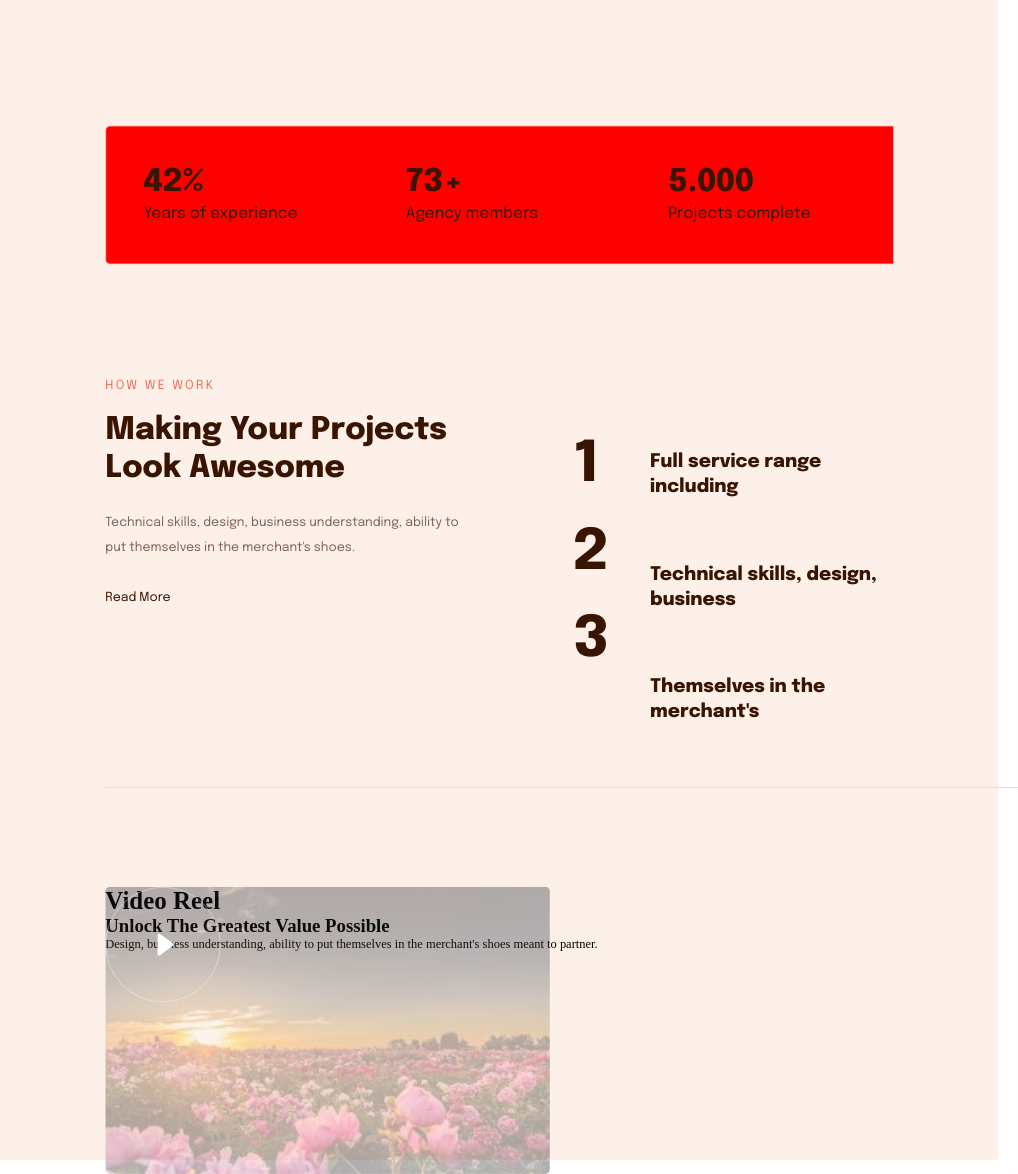
Repository: AytacJafarova/task2
Page: index.html
An editor plug-in stored every save of this project. The page is shown before and after the next save, followed by the edit.
The browser window is 1280 px wide. The page is 1305 px wide, so the pictures cover 1305 px, including what lies to the right of the window. The pictures show the whole page, at 78% of full size.

Above is the page before, as saved 2023-08-01 14:05:57.

### index.html
<!DOCTYPE html>
<html lang="en">

<head>
    <meta charset="UTF-8">
    <meta name="viewport" content="width=device-width, initial-scale=1.0">
    <title>Document</title>
    <link rel="stylesheet" href="./index.css">
</head>

<body>
    <div class="container">
        <div class="projects">
            <ul>
                <li>
                    <h1>42%</h1>
                    <p>Years of experience</p>
                </li>
                <li>
                    <h1>73+</h1>
                    <p>Agency members</p>
                </li>
                <li>
                    <h1>5.000</h1>
                    <p>Projects complete</p>
                </li>
            </ul>
        </div>
        <div class="work">
            <div class="box1">
                <h1>How we work</h1>
                <h2>Making Your Projects <br> Look Awesome</h2>
                <p class="put">Technical skills, design, business understanding, ability to put themselves in the
                    merchant's shoes.</p>
                <p>Read More</p>
            </div>
            <div class="box2">
                <ul>
                    <li>1</li>
                    <li>2</li>
                    <li>3</li>
                </ul>
                <div class="texts">
                    <h1>Full service range including</h1>
                    <h1>Technical skills, design, business</h1>
                    <h1>Themselves in the merchant's</h1>
                </div>
            </div>
        </div>
        <div class="border"></div>
        <div class="video">
            <div class="video-img">
                <img class="first" src="./images/images.jpg" alt="">
                <img src="./images/play.svg" alt="">
            </div>
            <div class="texts">
                <h1>Video Reel</h1>
                <h2>Unlock The Greatest Value Possible</h2>
                <p>Design, business understanding, ability to put themselves in the merchant's shoes meant to partner.
                </p>
            </div>
        </div>
    </div>
</body>

</html>

### index.css
@import url('https://fonts.googleapis.com/css2?family=Epilogue:wght@400;800&display=swap');
* {
    padding: 0;
    margin: 0;
    box-sizing: border-box;
}
.container {
    padding: 161px 134px 268px 135px;
    background: #FDF0E9;
}
.projects ul {
    display: flex;
    border-radius: 6px 0px 0px 6px;
    border: 1px solid #F3D1BF;
    background-color: red;
}
.projects ul li {
    display: flex;
    flex-direction: column;
    justify-content: center;
    list-style-type: none;
/* border: 1px solid #F3D1BF; */
width: 33.33%;
/* background-color: red; */
height: 176px;
padding-left: 48px;
}
.projects ul li h1 {
    color: var(--text-dark, #391400);
font-feature-settings: 'clig' off, 'liga' off;
font-family: Epilogue;
font-size: 40px;
font-style: normal;
font-weight: 800;
line-height: 48px;
}
.projects ul li p {
    color: var(--text-dark, #391400);
font-feature-settings: 'clig' off, 'liga' off;
font-family: Epilogue;
font-size: 20px;
font-style: normal;
font-weight: 400;
line-height: 32px;
}
.work {
    display:flex ;
    margin-top: 140px;
}
.box1 h1 {
    color: var(--text-dark-accent, #EF6D58);
font-feature-settings: 'clig' off, 'liga' off;
font-family: Epilogue;
font-size: 16px;
font-style: normal;
font-weight: 400;
line-height: 32px;
letter-spacing: 3px;
text-transform: uppercase;
margin-bottom: 17px;
}
.box1 h2 {
    color: var(--text-dark, #391400);
font-feature-settings: 'clig' off, 'liga' off;
font-family: Epilogue;
font-size: 40px;
font-style: normal;
font-weight: 800;
line-height: 48px;
margin-bottom: 30px;
}
.box1 .put {
    width: 470px;
height: 68px;
flex-shrink: 0;
    color: var(--text-dark-gray, rgba(57, 20, 0, 0.64));
font-feature-settings: 'clig' off, 'liga' off;
font-family: Epilogue;
font-size: 16px;
font-style: normal;
font-weight: 400;
line-height: 32px;
margin-bottom: 28px;
}
.box1 p {
    color: var(--text-dark, #391400);
font-feature-settings: 'clig' off, 'liga' off;
font-family: Epilogue;
font-size: 16px;
font-style: normal;
font-weight: 400;
line-height: 32px;
}
.box2 {
    display: flex;
    margin-left: 130px;
    margin-top: 78px;
}
.box2 ul li {
    list-style-type: none;
    color: #391400;
font-feature-settings: 'clig' off, 'liga' off;
font-family: Epilogue;
font-size: 72px;
font-style: normal;
font-weight: 800;
line-height: 80px;
letter-spacing: -2px;
margin-bottom: 32px;
}
.box2 .texts h1 {
    color: var(--text-dark, #391400);
font-feature-settings: 'clig' off, 'liga' off;
font-family: Epilogue;
font-size: 24px;
font-style: normal;
font-weight: 700;
line-height: 32px;
margin-bottom: 80px;
margin-top: 20px;
margin-left: 54px;
}
.border {
    width: 1170px;
height: 1px;
flex-shrink: 0;
background: #F3D1BF;
}
.video {
    display: flex;
    margin-top:127px;
}
.video .video-img .first  {
    width: 570px;
    height: 368px;
    flex-shrink: 0;
    border-radius: 6px;
opacity: 0.318057119846344;
background: #5C2000;
}
.video .video-img  img {
    width: 148px;
height: 148px;
flex-shrink: 0;
color: FFFFF;
margin-bottom: 0;
position: absolute;
}
.video-img {
    position: relative;
}

After the next save:
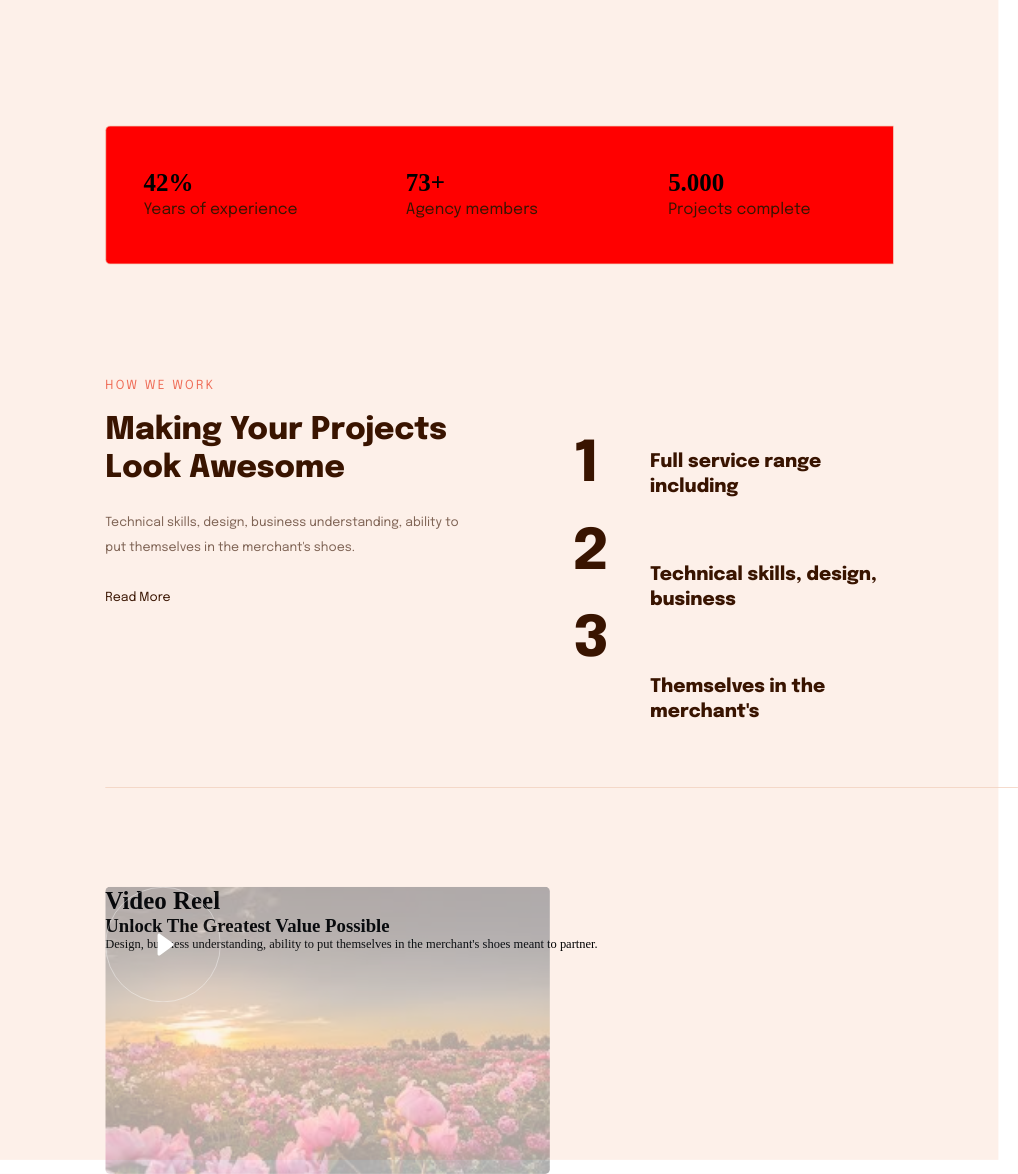
Saved 81 s later.
--- a/index.css
+++ b/index.css
@@ -25,6 +25,8 @@
 height: 176px;
 padding-left: 48px;
 }
+border-radius: 6px 0px 0px 6px;
+
 .projects ul li h1 {
     color: var(--text-dark, #391400);
 font-feature-settings: 'clig' off, 'liga' off;

After the 3 saves that followed:
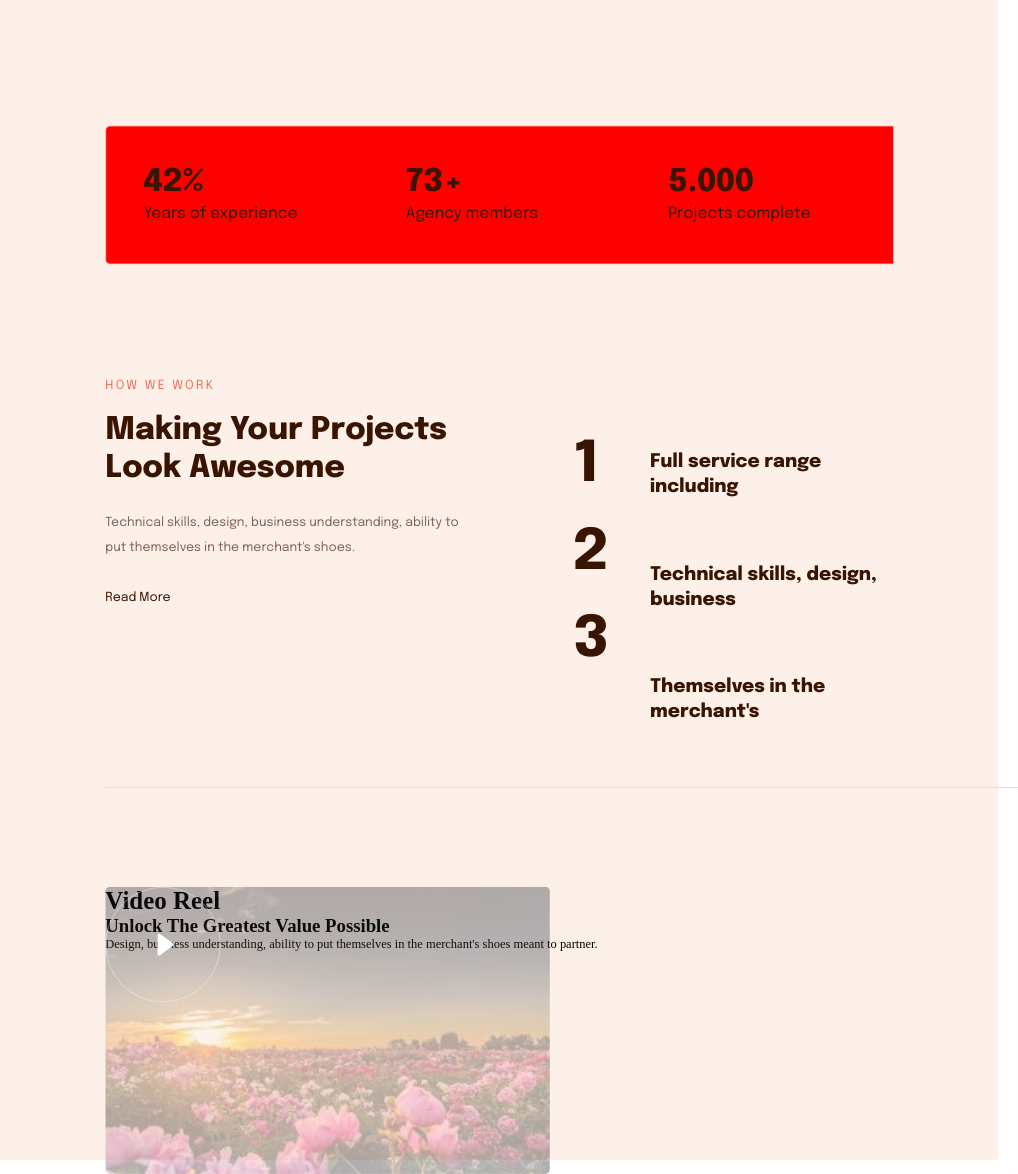
The 3 saves are shown as one change because 1 left the picture as it was and some came seconds apart.
The last was saved 30 s later.
--- a/index.css
+++ b/index.css
@@ -25,8 +25,6 @@
 height: 176px;
 padding-left: 48px;
 }
-border-radius: 6px 0px 0px 6px;
-
 .projects ul li h1 {
     color: var(--text-dark, #391400);
 font-feature-settings: 'clig' off, 'liga' off;
